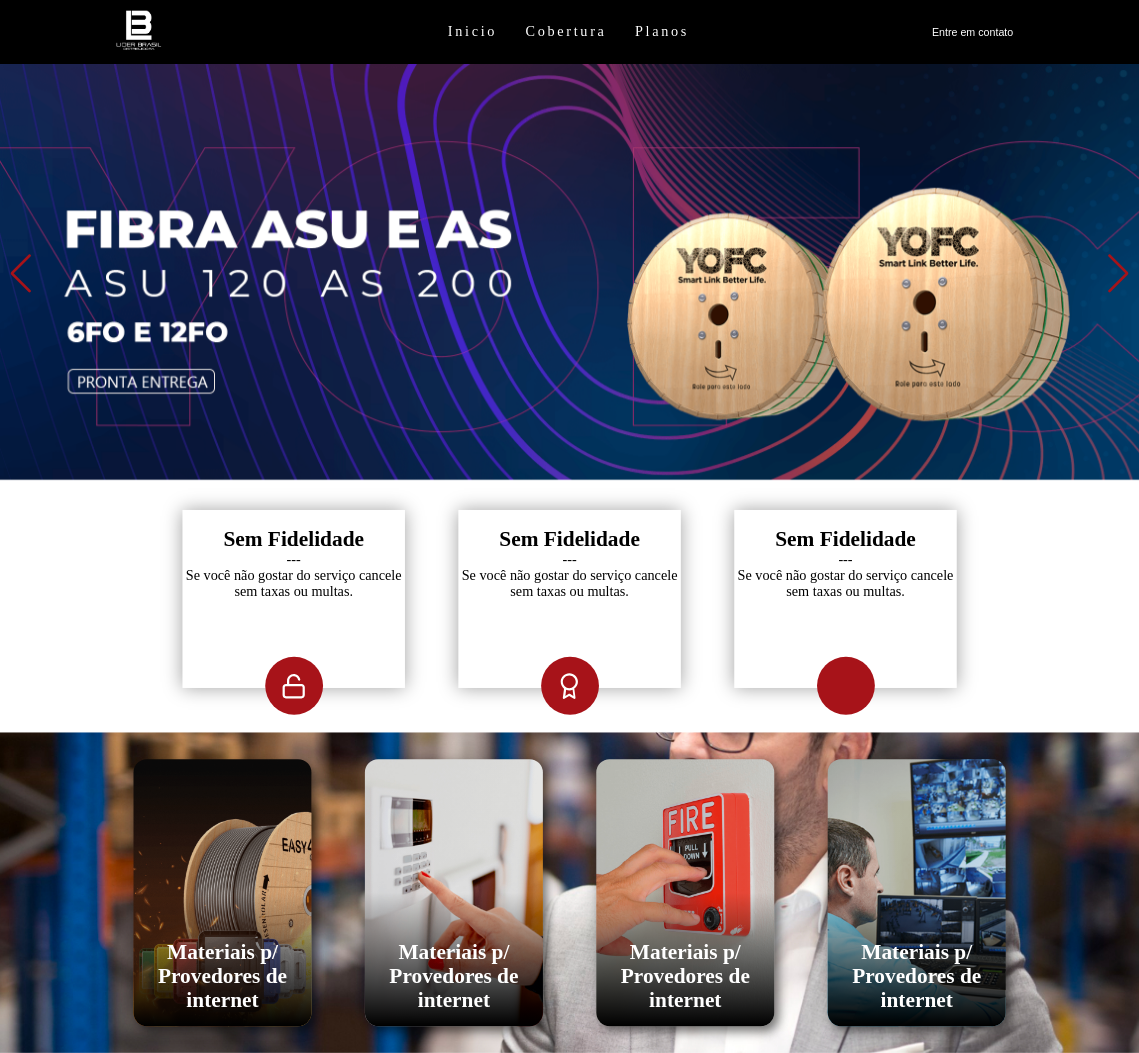
Repository: mateus-henrique-silva/Novo_institucional_lider
Page: index.html
The author's editor kept a copy of each file at every save. The page is drawn from the files as they stood at one save, then again after a run of saves.
The browser window is 1280 px wide. The pictures show the whole page, at 89% of full size.
Backgrounds fixed to the window are drawn as part of the page. Some web fonts or font styles are not loaded; a fallback is used.

Above is the page before, as saved 2022-09-06 10:36:08.
Console error: SyntaxError: Identifier 'MobileNavbar' has already been declared

After the next 3 saves:
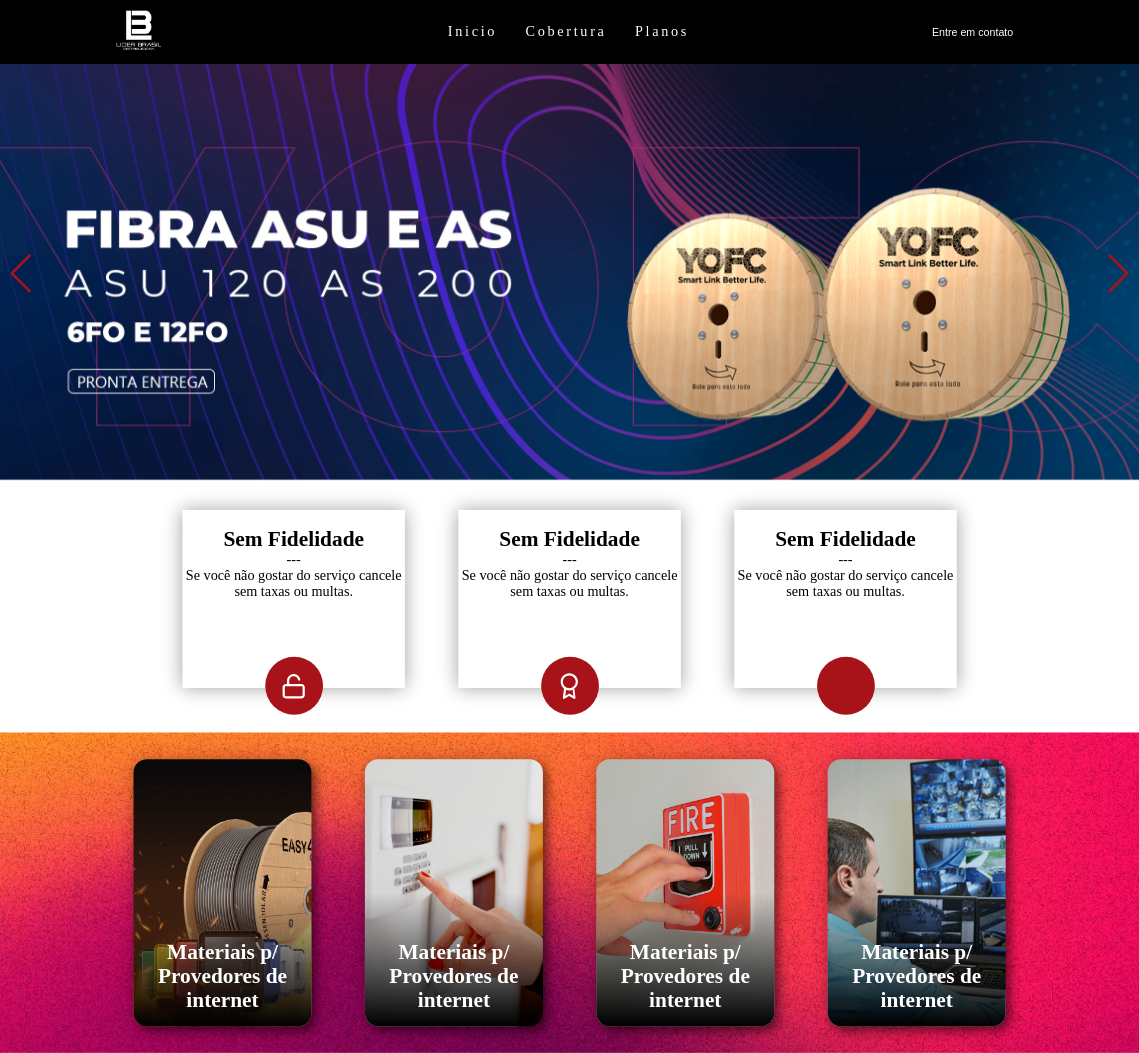
The 3 saves are shown as one change because they came seconds apart.
The last was saved 49 s later.
--- a/src/CSS/Main/Products/style.css
+++ b/src/CSS/Main/Products/style.css
@@ -1,6 +1,6 @@
 .background {
   width: 100%;
-  background: url("../../../Assets/img/Background/medio.jpg") no-repeat center
+  background: url("../../../Assets/img/Background/back-pd.jpg") no-repeat center
     fixed;
   height: 100%;
   display: flex;
